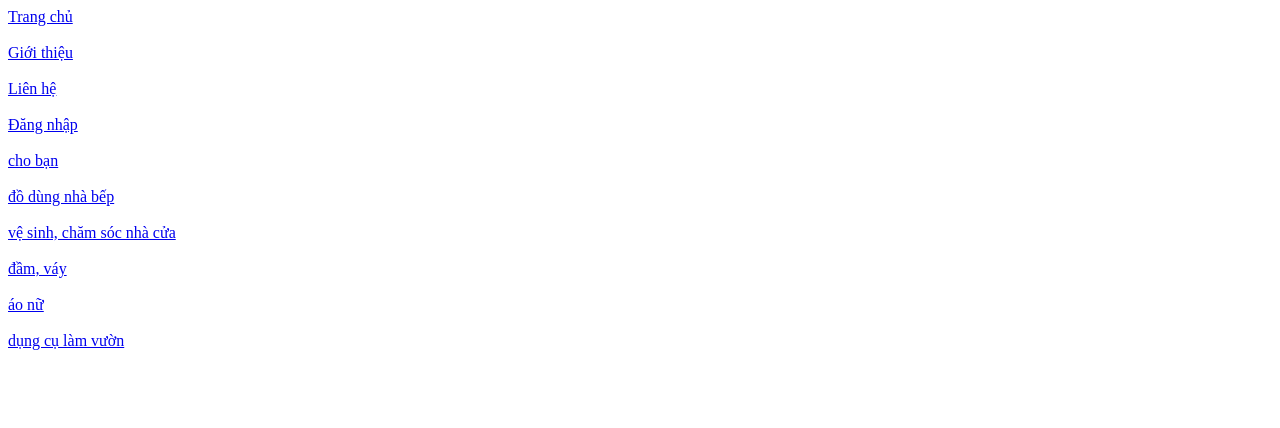
Repository: bao2222/hoc-lam-web
Page: About-me.html
These files come from the project's save history. The page is drawn as it stood at one moment and after the next save; the edit follows.
The browser window is 1280 px wide. The pictures show the whole page.

Above is the page before, as saved 2025-01-23 10:15:08.

### About-me.html
<!DOCTYPE html>
<html lang="en">
    <head>
        <title>About me</title>
        <meta charset="UTF-8">
        <link rel="name" href="welcome.html" type="text/html">

    </head>

    <body>
        <header>
            <div>
                <div>
                    <a href="welcome.html">Trang chủ</a><br><br>
                    <a href="About-me.html">Giới thiệu</a><br><br>
                    <a href="contact.html">Liên hệ</a><br><br>
                    <a href="login.html">Đăng nhập</a><br><br>
                </div>
                <a href="b1.html">cho bạn</a><br><br>
                <a href="b2.html">đồ dùng nhà bếp</a><br><br>
                <a href="b3.html">vệ sinh, chăm sóc nhà cửa</a><br><br>
                <a href="b4.html">đầm, váy</a><br><br>
                <a href="b5.html">áo nữ</a><br><br>
                <a href="b6.html">dụng cụ làm vườn </a>

            </div>


        </header>
        <nav></nav>
        <footer></footer>



    </body>
</html>

After the next save:
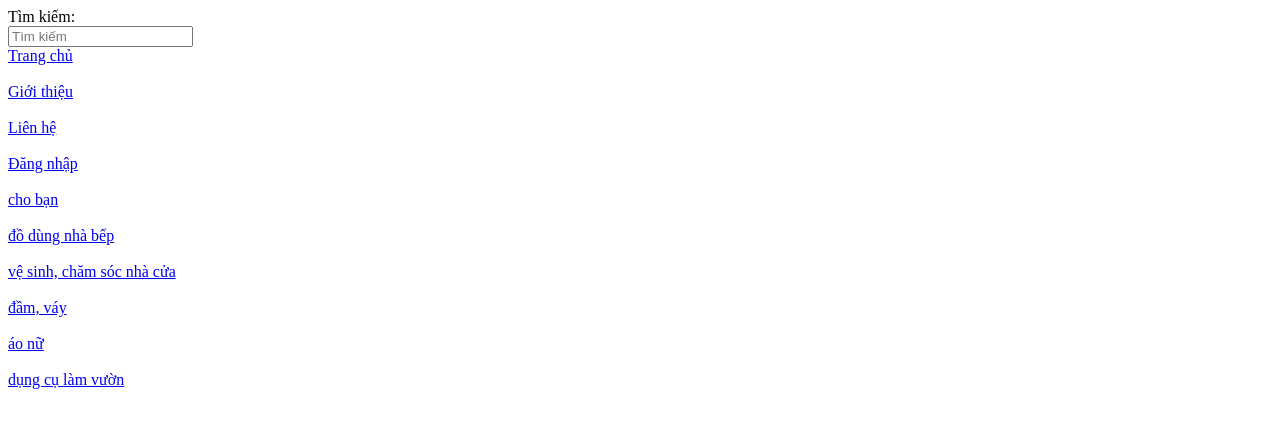
Saved 110 s later.
--- a/About-me.html
+++ b/About-me.html
@@ -10,6 +10,13 @@
     <body>
         <header>
             <div>
+                <div>
+                    <form>
+                        <label for="search">Tìm kiếm:</label>  <br>  <!-- Label for the search input -->
+                        <input type="text" name="search" placeholder="Tìm kiếm">
+
+                    </form>
+                </div>
                 <div>
                     <a href="welcome.html">Trang chủ</a><br><br>
                     <a href="About-me.html">Giới thiệu</a><br><br>
